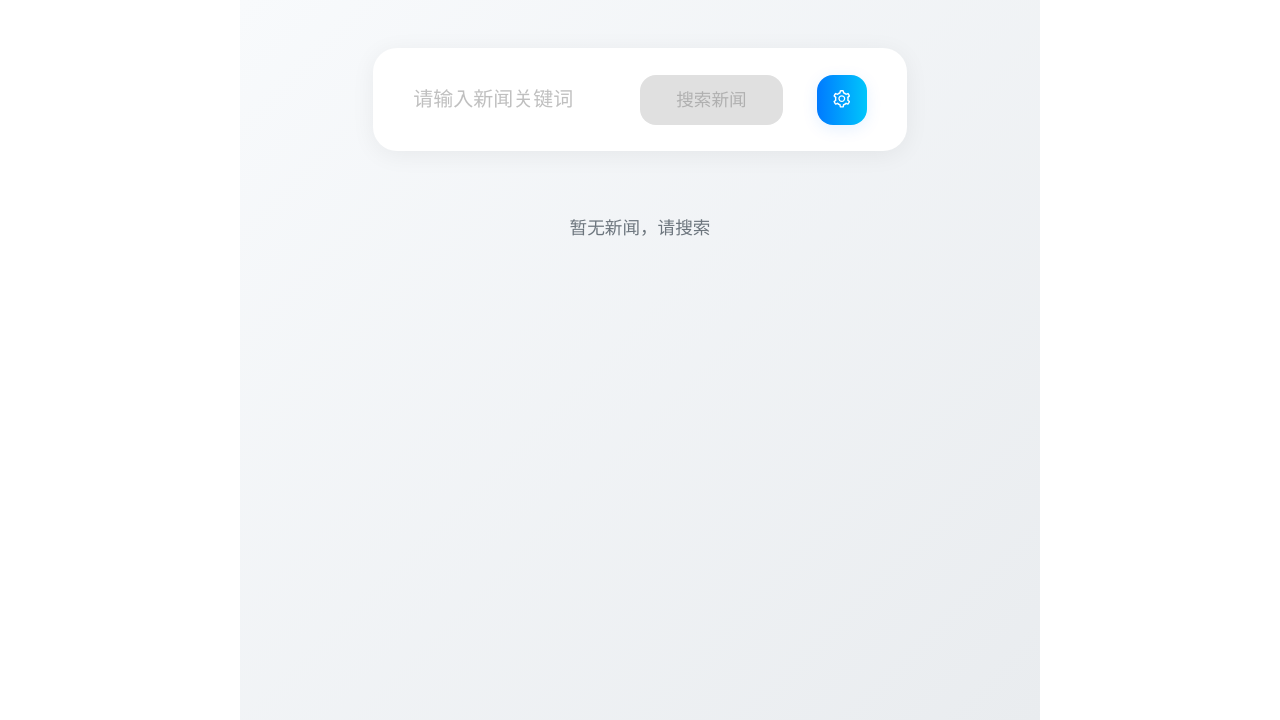
Repository: XJN7197/NewsAssistantBaseMCP
Page: / (app in frontend/)
The author's editor kept a copy of each file at every save. The page is drawn from the files as they stood at one save, then again after the next save.
The browser window is 1280 px wide. The pictures show the whole page.
The project was rebuilt for these pictures with package versions that can differ from the ones it lists, and the page was loaded fresh each time. Also part of the build but not shown: frontend/vite.config.ts.

Above is the page before, as saved 2025-05-23 17:49:14.

### frontend/src/App.tsx
import { useState } from 'react'
import Home from './pages/Home'
import './App.css'

function App() {

  return (
    <>
      <Home/>
    </>
  )
}

export default App

### frontend/src/pages/Home.tsx
import React, { useState  } from 'react';
import { List, Checkbox, Button as AntButton, Input, Spin, Modal, Typography, Form, message } from 'antd'; // Ant Design 组件导入
import 'antd/dist/reset.css'; // 导入 Ant Design 样式
import ReactMarkdown from 'react-markdown';
import remarkGfm from 'remark-gfm';
import styles from './Home.module.css'
import { mockNewsData } from '../mock/newsData'
import { mockReportData } from '../mock/reportData'
import { SettingOutlined } from '@ant-design/icons'; // 导入设置图标

// 假设你有这些组件，后续可单独实现
// import NewsSearch from '../components/NewsSearch'
// import NewsCardList from '../components/NewsCardList'
// import AnalyzeButton from '../components/AnalyzeButton'
// import ReportModal from '../components/ReportModal'

const { Title, Text, Link } = Typography;

const Home: React.FC = () => {
  // 搜索关键词
  const [keyword, setKeyword] = useState('')
  // 新闻列表
  const [newsList, setNewsList] = useState<any[]>([])
  // 选中的新闻项
  const [selectedNews, setSelectedNews] = useState<Set<number>>(new Set());
  // 是否正在加载
  const [loading, setLoading] = useState(false)
  // 分析报告内容
  const [report, setReport] = useState<string | null>(null)
  // 控制报告弹窗显示
  const [showReport, setShowReport] = useState(false)
  // 控制设置弹窗显示
  const [showSettings, setShowSettings] = useState(false);
  // 配置数据
  const [config, setConfig] = useState<any>({});
  // 配置表单实例
  const [configForm] = Form.useForm();
  // 配置加载状态
  const [configLoading, setConfigLoading] = useState(false);

  // 下载报告处理函数
  const handleDownload = () => {
    if (!report) return;

    const timestamp = new Date().toISOString().replace(/[:.]/g, '-');
    const content = report;
    const fileName = `舆情分析报告_${timestamp}.md`;
    const blob = new Blob([content], { type: 'text/plain;charset=utf-8' });
    const url = window.URL.createObjectURL(blob);
    const link = document.createElement('a');
    link.href = url;
    link.download = fileName;
    document.body.appendChild(link);
    link.click();
    document.body.removeChild(link);
    window.URL.revokeObjectURL(url);
  };

  // 搜索新闻
  const handleSearch = async () => {
    setLoading(true)
    setNewsList([]); // 清空旧的新闻列表
    setReport(null); // 清空旧的报告
    setShowReport(false); // 关闭报告弹窗

    try {
      let data;

      // 根据环境变量决定是否使用mock数据
      if (import.meta.env.VITE_USE_MOCK_NEWS === 'true') {
        // 使用mock数据
        await new Promise(resolve => setTimeout(resolve, 1000)); // 模拟延迟
        data = mockNewsData;
      } else {
        // 使用实际API
        const response = await fetch('http://localhost:8000/search', {
          method: 'POST',
          headers: {
            'Content-Type': 'application/json',
          },
          body: JSON.stringify({ keyword: keyword }),
        });

        if (!response.ok) {
          throw new Error(`HTTP error! status: ${response.status}`);
        }

        data = await response.json();
      }

      // 检查返回的数据结构，确保有 news_list 字段
      if (data && data.news_list) {
        console.log("获取到的新闻数据:", data.news_list);
        // 初始化选中状态，默认全部选中
        const initialNewsList = data.news_list.map((news: any, index: number) => ({ ...news, id: index })); // selected 属性由 selectedNews Set 管理
        setNewsList(initialNewsList);
        const initialSelected = new Set<number>(initialNewsList.map((news: any) => news.id));
        setSelectedNews(initialSelected);
      } else {
        setNewsList([{ error: '未获取到新闻数据或数据格式不正确' }]);
      }

    } catch (error) {
      console.error("搜索新闻失败:", error);
      setNewsList([{ error: `搜索新闻失败: ${error}` }]);
    } finally {
      setLoading(false);
    }
  }

  // 分析新闻
  const handleAnalyze = async () => {
    setLoading(true);
    setReport(null); // 清空旧的报告
    setShowReport(true); // Show modal immediately

    // 过滤出选中的新闻
    const newsToAnalyze = newsList.filter(news => selectedNews.has(news.id));

    if (newsToAnalyze.length === 0) {
        setReport("没有新闻内容可供分析。");
        setLoading(false);
        return;
    }

    try {
      let data;

      // 根据环境变量决定是否使用mock数据
      if (import.meta.env.VITE_USE_MOCK_REPORT === 'true') {
        // 使用mock数据
        await new Promise(resolve => setTimeout(resolve, 1000)); // 模拟延迟
        data = mockReportData;
      } else {
        // 使用实际API
        const response = await fetch('http://localhost:8000/analyze', {
          method: 'POST',
          headers: {
            'Content-Type': 'application/json',
          },
          body: JSON.stringify({ news_list: newsToAnalyze }),
        });

        if (!response.ok) {
          throw new Error(`HTTP error! status: ${response.status}`);
        }

        data = await response.json();
      }

      // 检查返回的数据结构，确保有 report 字段
      if (data && data.report) {
        console.log("获取到的分析报告:", data.report);
        setReport(data.report);
      } else {
        setReport("未获取到分析报告或报告格式不正确");
      }

    } catch (error) {
      console.error("分析新闻失败:", error);
      setReport(`分析新闻失败: ${error}`);
    } finally {
      setLoading(false);
    }
  }



  // 获取配置
  const fetchConfig = async () => {
    setConfigLoading(true);
    try {
      const response = await fetch('http://localhost:8000/config');
      if (!response.ok) {
        throw new Error(`HTTP error! status: ${response.status}`);
      }
      const data = await response.json();
      if (data && data.config) {
        setConfig(data.config);
        configForm.setFieldsValue(data.config); // 设置表单初始值
      } else if (data && data.error) {
        message.error(`获取配置失败: ${data.error}`);
      } else {
        message.error('获取配置失败: 未知错误');
      }
    } catch (error) {
      console.error("获取配置失败:", error);
      message.error(`获取配置失败: ${error}`);
    } finally {
      setConfigLoading(false);
    }
  };

  // 更新配置
  const updateConfig = async (values: any) => {
    setConfigLoading(true);
    try {
      const response = await fetch('http://localhost:8000/config', {
        method: 'POST',
        headers: {
          'Content-Type': 'application/json',
        },
        body: JSON.stringify({ config: values }),
      });

      if (!response.ok) {
        throw new Error(`HTTP error! status: ${response.status}`);
      }

      const data = await response.json();
      if (data && data.status === '✅ .env 文件已更新') {
        message.success('配置更新成功！');
        setConfig(data.config); // 更新本地配置状态
        setShowSettings(false); // 关闭弹窗
      } else if (data && data.error) {
        message.error(`更新配置失败: ${data.error}`);
      } else {
        message.error('更新配置失败: 未知错误');
      }

    } catch (error) {
      console.error("更新配置失败:", error);
      message.error(`更新配置失败: ${error}`);
    } finally {
      setConfigLoading(false);
    }
  };

  // 处理设置按钮点击
  const handleSettingsClick = () => {
    setShowSettings(true);
    fetchConfig(); // 打开弹窗时获取最新配置
  };

  return (
    <div className={styles['home-container']}>
      {/* 搜索栏 - 使用 Ant Design 组件 */}
      <div className={styles['search-bar']}>
        <Input
          placeholder="请输入新闻关键词"
          value={keyword}
          onChange={e => setKeyword(e.target.value)}
          onPressEnter={handleSearch} // 支持回车搜索
          style={{ flex: 1, fontSize: '1.25rem', padding: '12px 0' }} // 保持原有部分样式
        />
        <AntButton
          type="primary"
          onClick={handleSearch}
          loading={loading}
          disabled={!keyword}
          style={{ borderRadius: '16px', padding: '14px 36px', fontSize: '1.1rem', fontWeight: 500, marginRight: '10px' }} // 保持原有部分样式，并添加右边距
        >
          搜索新闻
        </AntButton>
        {/* 新增设置按钮 */}
        <AntButton
          icon={<SettingOutlined />}
          onClick={handleSettingsClick}
          style={{ width:'50px',borderRadius: '16px', padding: '14px', fontSize: '1.1rem', fontWeight: 500 }}
        />
      </div>

      {/* 新闻列表 - 使用 Ant Design List 组件 */}
      <div className={styles['news-list-container']}> {/* 新增一个容器来控制 List 的宽度和间距 */}
        {loading && newsList.length === 0 && <div style={{ textAlign: 'center', padding: '40px 0' }}><Spin size="large" /></div>}
        {!loading && newsList.length === 0 && <div style={{ textAlign: 'center', color: '#6c757d', fontSize: '1.1rem', padding: '40px 0' }}>暂无新闻，请搜索</div>}
        {newsList.length > 0 && newsList[0].error && (
          <div className={styles['error-message']}>{newsList[0].error}</div>
        )}
        {newsList.length > 0 && !newsList[0].error && (
          <List
            itemLayout="horizontal"
            dataSource={newsList}
            renderItem={item => {
              const onItemChange = (e: any) => {
                setSelectedNews(prevSelected => {
                  const newSelected = new Set(prevSelected);
                  if (e.target.checked) {
                    newSelected.add(item.id);
                  } else {
                    newSelected.delete(item.id);
                  }
                  return newSelected;
                });
              };
              return (
                <List.Item
                  actions={[
                    <Link href={item.url} target="_blank" rel="noopener noreferrer">阅读原文</Link>
                  ]}
                  style={{ background: '#fff', borderRadius: '12px', marginBottom: '16px', padding: '20px', boxShadow: '0 2px 12px 0 rgba(0,0,0,0.05)' }}
                >
                  <List.Item.Meta
                    avatar={<Checkbox checked={selectedNews.has(item.id)} onChange={onItemChange} style={{paddingRight: '10px'}}/>}
                    title={<Title level={5} style={{ margin: 0, fontSize: '1.3rem', fontWeight: 600, color: '#1d1d1f' }}>{item.title}</Title>}
                    description={<Text type="secondary" style={{ fontSize: '1rem', lineHeight: 1.6, display: '-webkit-box', WebkitLineClamp: 3, WebkitBoxOrient: 'vertical', overflow: 'hidden', textOverflow: 'ellipsis' }}>{item.desc}</Text>}
                  />
                </List.Item>
              );
            }}
          />
        )}
      </div>

      {/* 一键分析按钮 - 使用 Ant Design Button */}
      {newsList.length > 0 && !newsList[0].error && (
        <div className={styles['analyze-btn']}>
          <AntButton
            type="primary"
            onClick={handleAnalyze}
            loading={loading}
            disabled={selectedNews.size === 0}
            style={{ borderRadius: '16px', padding: '16px 48px', fontSize: '1.2rem', fontWeight: 600, background: 'linear-gradient(90deg, #34e89e 0%, #0f3443 100%)' }} // 保持原有部分样式
          >
            一键舆情分析
          </AntButton>
        </div>
      )}

      {/* 分析报告弹窗 - 使用 Ant Design Modal */}
      <Modal
        title={<Title level={3} style={{ textAlign: 'center', marginBottom: 0 }}>舆情分析报告</Title>}
        open={showReport}
        onCancel={() => setShowReport(false)}
        footer={[
          <AntButton
            key="download"
            onClick={handleDownload}
            disabled={!report}
            style={{ borderRadius: '12px', marginRight: '8px' }}
          >
            下载报告
          </AntButton>,
          <AntButton key="close" type="primary" onClick={() => setShowReport(false)} style={{ borderRadius: '12px' }}>
            关闭
          </AntButton>
        ]}
        width="60vw"
        styles={{ body: { maxHeight: '70vh', overflowY: 'auto', background: '#fff', padding: '24px 40px' } }}
      >
        {loading && !report ? (
          <div style={{ textAlign: 'center', padding: '40px 0' }}>
            <Spin size="large" tip="分析报告生成中..." />
          </div>
        ) : report ? (
          <ReactMarkdown remarkPlugins={[remarkGfm]}>{report}</ReactMarkdown>
        ) : (
          <Text>报告生成中或无内容...</Text>
        )}
      </Modal>

      {/* 设置弹窗 */}
      <Modal
        title={<Title level={3} style={{ textAlign: 'center', marginBottom: 0 }}>配置设置</Title>}
        open={showSettings}
        onCancel={() => setShowSettings(false)}
        footer={[
          <AntButton key="cancel" onClick={() => setShowSettings(false)} style={{ borderRadius: '12px' }}>
            取消
          </AntButton>,
          <AntButton key="submit" type="primary" loading={configLoading} onClick={() => configForm.submit()} style={{ borderRadius: '12px' }}>
            保存
          </AntButton>,
        ]}
        width="50vw"
        styles={{ body: { maxHeight: '70vh', overflowY: 'auto', background: '#fff', padding: '24px 40px' } }}
      >
        {configLoading && Object.keys(config).length === 0 ? (
          <div style={{ textAlign: 'center', padding: '40px 0' }}>
            <Spin size="large" tip="加载配置中..." />
          </div>
        ) : (
          <Form
            form={configForm}
            layout="vertical"
            onFinish={updateConfig}
            initialValues={config} // 使用状态中的配置作为初始值
          >
            {Object.keys(config).map(key => (
              <Form.Item
                key={key}
                label={key}
                name={key}
                rules={[{ required: true, message: `请输入 ${key}!` }]} // 简单的必填校验
              >
                <Input />
              </Form.Item>
            ))}
          </Form>
        )}
      </Modal>
    </div>
  )
}

export default Home

### frontend/src/pages/Home.module.css
.home-container {
  height: 100vh;
  width: 800px;
  background: linear-gradient(135deg, #f8fafc 0%, #e9ecef 100%);
  display: flex;
  flex-direction: column;
  align-items: center;
  padding: 48px 0 48px 0; /* 调整了上下padding，左右padding设为0，因为内容区会通过max-width控制 */
  font-family: -apple-system, BlinkMacSystemFont, "Segoe UI", Roboto, "Helvetica Neue", Arial, "PingFang SC", "Hiragino Sans GB", "Microsoft YaHei", sans-serif;
}

.search-bar {
  display: flex;
  position: sticky; top: 0; z-index: 1;
  align-items: center;
  gap: 24px; /* 增加了元素间距 */
  background: #fff;
  border-radius: 24px; /* 更大的圆角 */
  box-shadow: 0 4px 24px 0 rgba(0,0,0,0.06); /* 更柔和的阴影 */
  padding: 24px 40px; /* 增加了内边距 */
  margin-bottom: 24px; /* 减小了与下方元素的间距 */
  width: 66.66%; /* 宽度固定为视口宽度的2/3 */
  /* height: 250px; 高度固定为250px */
  max-width: none; /* 移除最大宽度限制 */
}

.search-bar input[type="text"] {
  border: none;
  outline: none;
  font-size: 1.25rem; /* 稍大字体 */
  background: transparent;
  color: #222;
  padding: 12px 6px;
}

.search-bar button {
  height: 50px;
  background: linear-gradient(90deg, #007aff 0%, #00c6fb 100%);
  color: #fff;
  border: none;
  border-radius: 16px; /* 更大的圆角 */
  padding: 14px 36px; /* 增加了按钮padding */
  font-size: 1.1rem; /* 稍大字体 */
  font-weight: 500;
  cursor: pointer;
  transition: background 0.2s, box-shadow 0.2s;
  box-shadow: 0 4px 16px 0 rgba(0,122,255,0.10); /* 按钮阴影 */
}

.search-bar button:disabled {
  background: #e0e0e0;
  color: #b0b0b0;
  cursor: not-allowed;
  box-shadow: none;
}

.news-list-container { /* Renamed from .news-list */
  width: 66.66%; /* 宽度固定为视口宽度的2/3 */
  /* height: 1500px; 高度固定为1500px */
  max-width: none; /* 移除最大宽度限制 */
  margin-bottom: 40px;
  min-height: 180px; /* 最小高度，避免内容过少时塌陷 */
  display: flex;
  flex-direction: column;
  gap: 24px; /* 新闻卡片之间的间距 */
  overflow-y: auto; /* 添加垂直滚动 */
  /* 可以在这里添加新闻卡片的样式，或者为新闻卡片组件单独创建样式文件 */
}

/* 针对 news-list 中暂无新闻的提示文本样式 */
.news-list > div {
  color: #6c757d; /* 柔和的提示文字颜色 */
  font-size: 1.1rem;
  text-align: center;
  padding: 40px 0;
}

/* Styles for .news-card, .checkbox-container, .news-content, .news-title, .news-desc, .news-link are removed as Ant Design components handle them */

/* 错误消息样式 */
.error-message {
  color: #dc3545; /* 红色错误提示 */
  font-size: 1.1rem;
  text-align: center;
  padding: 40px 0;
}


.analyze-btn {
  margin-bottom: 32px;
}

.analyze-btn button {
  background: linear-gradient(90deg, #34e89e 0%, #0f3443 100%); /* 保持了之前的渐变色 */
  color: #fff;
  border: none;
  border-radius: 16px; /* 更大的圆角 */
  padding: 16px 48px; /* 增加了按钮padding */
  font-size: 1.2rem; /* 稍大字体 */
  font-weight: 600;
  cursor: pointer;
  transition: background 0.2s, box-shadow 0.2s;
  box-shadow: 0 4px 16px 0 rgba(52,232,158,0.10); /* 按钮阴影 */
}

.analyze-btn button:disabled {
  background: #e0e0e0;
  color: #b0b0b0;
  cursor: not-allowed;
  box-shadow: none;
}

/* Styles for .report-modal and its children are removed as Ant Design Modal component handles them */

### frontend/src/mock/newsData.ts
export const mockNewsData = {
    news_list: [
      {
        title: "Qwen引领AI前端技术革新：深度解析一句话开发网页的突破_模型_行业_创新",
        desc: "在人工智能快速发展的2025年，来自量子位的最新报道显示，AI技术正迎来前所未有的革新，尤其是在前端开发领域。由Qwen推出的“AI前端工程师”WebDev工具，以...",
        url: "https://news.sohu.com/a/893821748_121924584"
      },
      {
        title: "谷歌推Gemini2.5Pro模型，AI 助力前端开发与复杂编程",
        desc: "谷歌推Gemini2.5Pro模型#，AI 助力前端开发与复杂编程】5 月7 日消息，科技媒体The Decoder 昨日（5 月6 日）发布博文，报道称谷歌为预热今年的I/O...",
        url: "https://news.sina.com.cn/external/car/2025-05-07/doc-inevtine1324735.shtml"
      },
      {
        title: "前端程序员请注意！首个截图就能生成现代前端代码的AI来了 | 已开源",
        desc: "现在截图生成代码，已经来到了一个新高度——. ⾸个⾯向现代前端代码⽣成的多模态⼤模型解决⽅案，来了！ 而且是开源的那种。 前端程序员请注意！首个截图就能...",
        url: "https://www.qbitai.com/2025/02/258521.html"
      },
      {
        title: "AI包办79%代码，程序员饭碗不保，前端开发要凉，人类只配改Bug？",
        desc: "编码助手更偏向自动化。有79%的Claude Code对话可以被归为「自动化」，即AI直接完成任务，而不是与人类协作「增强」。相比之下，Claude.ai的对话中只有49%是...",
        url: "https://m.36kr.com/p/3271134281245063"
      },
      {
        title: "武汉烽火申请前后端协同开发方法专利，大大降低前后端耦合度",
        desc: "本文源自:金融界. 金融界2025年5月15日消息，国家知识产权局信息显示，武汉烽火信息集成技术有限公司申请一项名为“前后端协同开发方法、装置、设备及可...",
        url: "https://cj.sina.cn/articles/view/1704103183/65928d0f02007wlqg?froms=ggmp"
      }
    ]
  };

### frontend/src/mock/reportData.ts
// 模拟舆情分析报告数据
export const mockReportData = {
  report: `
  **分析时间：** 2025-05-22 20:48:32

  ---

  ## 📥 原始新闻内容

  ### 新闻1
  - **标题**: Qwen引领AI前端技术革新：深度解析一句话开发网页的突破_模型_行业_创新
  - **描述**: 在人工智能快速发展的2025年，来自量子位的最新报道显示，AI技术正迎来前所未有的革新，尤其是在前端开发领域。由Qwen推出的“AI前端工程师”WebDev工具，以...
  - **链接**: https://news.sohu.com/a/893821748_121924584

  ### 新闻2
  - **标题**: 谷歌推Gemini2.5Pro模型，AI 助力前端开发与复杂编程
  - **描述**: 谷歌推Gemini2.5Pro模型#，AI 助力前端开发与复杂编程】5 月7 日消息，科技媒体The Decoder 昨日（5 月6 日）发布博文，报道称谷歌为预热今年的I/O...
  - **链接**: https://news.sina.com.cn/external/car/2025-05-07/doc-inevtine1324735.shtml

  ### 新闻3
  - **标题**: 前端程序员请注意！首个截图就能生成现代前端代码的AI来了 | 已开源
  - **描述**: 现在截图生成代码，已经来到了一个新高度——. ⾸个⾯向现代前端代码⽣成的多模态⼤模型解决⽅案，来了！ 而且是开源的那种。 前端程序员请注意！首个截图就能...
  - **链接**: https://www.qbitai.com/2025/02/258521.html

  ### 新闻4
  - **标题**: AI包办79%代码，程序员饭碗不保，前端开发要凉，人类只配改Bug？
  - **描述**: 编码助手更偏向自动化。有79%的Claude Code对话可以被归为「自动化」，即AI直接完成任务，而不是与人类协作「增强」。相比之下，Claude.ai的对话中只有49%是...
  - **链接**: https://m.36kr.com/p/3271134281245063

  ### 新闻5
  - **标题**: 武汉烽火申请前后端协同开发方法专利，大大降低前后端耦合度
  - **描述**: 本文源自:金融界. 金融界2025年5月15日消息，国家知识产权局信息显示，武汉烽火信息集成技术有限公司申请一项名为“前后端协同开发方法、装置、设备及可...
  - **链接**: https://cj.sina.cn/articles/view/1704103183/65928d0f02007wlqg?froms=ggmp

  ---

  ## 📊 分析结果

  ### 舆情分析报告
  **日期**：2025年5月
  **分析范围**：五篇关于AI与前端开发的新闻

  ---

  #### **一、情绪倾向分析**
  | 新闻编号 | 情绪倾向 | 原因说明 |
  |----------|----------|----------|
  | **新闻1** | **正面** | 强调Qwen的“革新”“突破”等词汇，突出AI技术对前端开发的赋能，传递积极创新信号。 |
  | **新闻2** | **正面** | 谷歌推出新模型推动“AI助力前端开发”，体现技术迭代的行业趋势，语气温和但积极。 |
  | **新闻3** | **正面** | 聚焦“首个截图生成代码”“开源”等关键词，展示AI工具的实用性和开放性，引发开发者关注。 |
  | **新闻4** | **负面** | 标题直接使用“饭碗不保”“要凉”等强烈词汇，讨论AI对程序员职业的冲击，情绪偏担忧。 |
  | **新闻5** | **正面** | 武汉烽火的专利申请聚焦“降低耦合度”技术优化，体现行业对效率提升的关注，属中性积极技术报道。 |

  ---

  #### **二、舆情总结**
  1. **技术革新主导正面情绪**
     - 多篇新闻聚焦AI在前端开发中的创新应用（如Qwen、Gemini2.5Pro、开源工具），强调效率提升、自动化开发等优势，反映行业对AI技术的期待与认可。
     - 专利申请（新闻5）进一步表明企业对技术优化的重视，传递积极发展趋势。

  2. **负面情绪集中于就业风险**
     - 新闻4通过“79%代码由AI包办”“程序员饭碗不保”等表述，引发对AI替代人力的焦虑，负面情绪显著，但未否认技术价值。

  3. **行业矛盾与机遇并存**
     - 正面报道多关注技术突破，负面内容则反映人类与AI协作模式的争议，整体呈现“技术进步”与“职业担忧”的双重叙事。

  ---

  #### **三、建议**
  - **技术开发者**：关注AI工具的开源与迭代（如新闻3），同时提升复合技能以适应自动化趋势。
  - **企业与政策制定者**：平衡技术应用与就业保障，推动人机协作模式的探索。
  - **媒体传播**：客观呈现AI对行业的赋能与挑战，避免过度渲染负面情绪。

  **结论**：当前舆情以技术革新为核心积极主题，但需警惕AI对职业结构的潜在冲击，行业需在创新与人文关怀间寻求平衡。
`
}

Loaded but not shown: frontend/index.html (common file); frontend/src/main.tsx (common file); frontend/src/index.css (common file); frontend/src/App.css (common file)

After the next save:
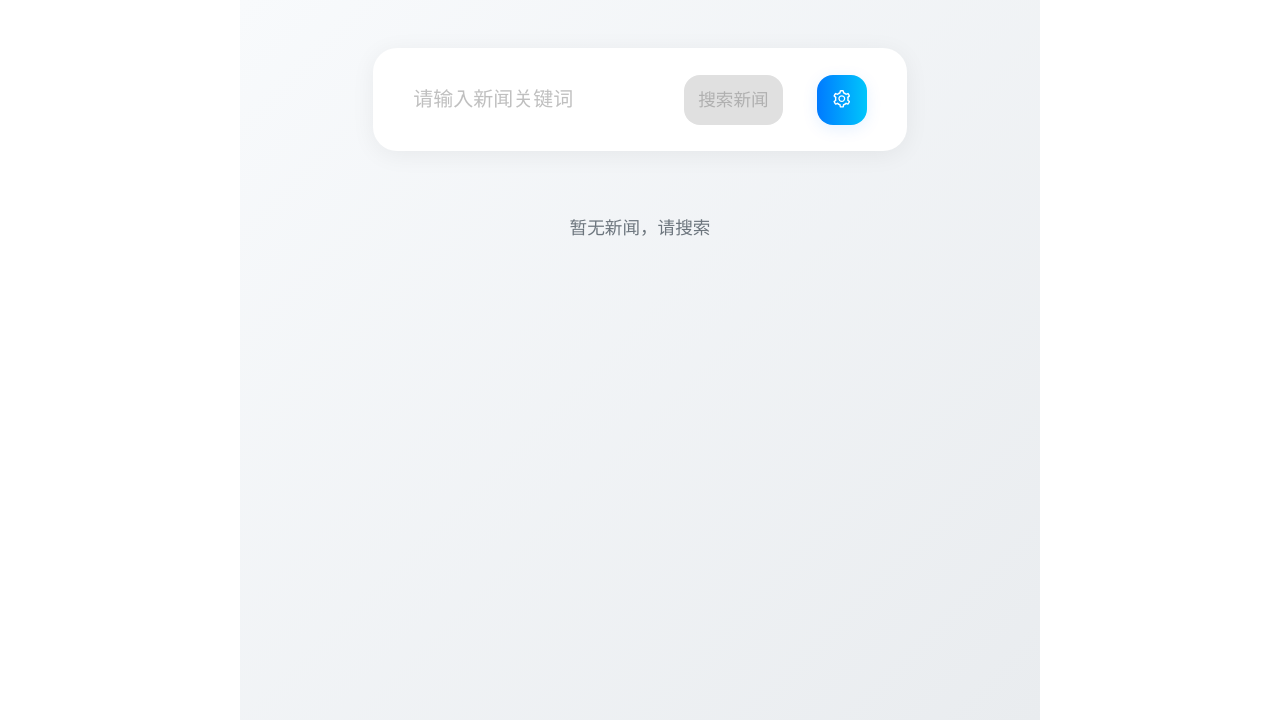
Saved 32 s later.
--- a/frontend/src/pages/Home.tsx
+++ b/frontend/src/pages/Home.tsx
@@ -248,7 +248,7 @@ const Home: React.FC = () => {
           onClick={handleSearch}
           loading={loading}
           disabled={!keyword}
-          style={{ borderRadius: '16px', padding: '14px 36px', fontSize: '1.1rem', fontWeight: 500, marginRight: '10px' }} // 保持原有部分样式，并添加右边距
+          style={{ borderRadius: '16px', padding: '14px ', fontSize: '1.1rem', fontWeight: 500, marginRight: '10px' }} // 保持原有部分样式，并添加右边距
         >
           搜索新闻
         </AntButton>
